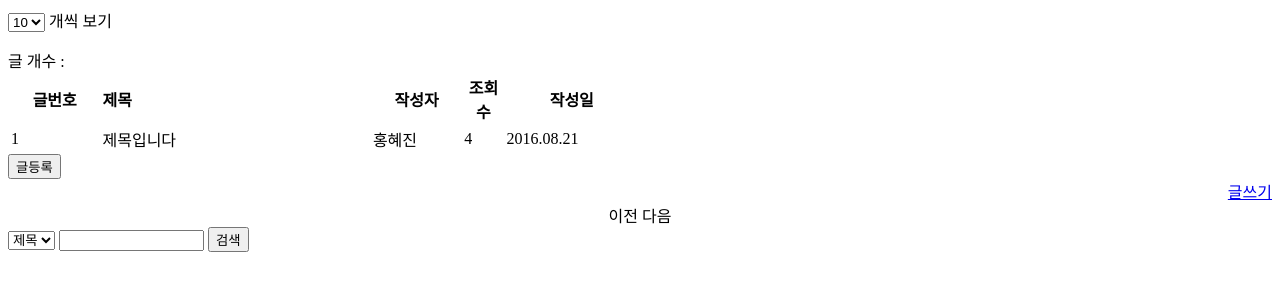
Repository: ekgus419/hckj
Page: http://localhost/Railro/WEB-INF/views/freeBoard/freeBoardSearchList.jsp
The author's editor kept a copy of each file at every save. The page is drawn from the files as they stood at one save, then again after the next save.
The browser window is 1280 px wide. The pictures show the whole page.
The page is served by Tomcat 9. Nobody is signed in. Other server files are loaded and not shown. The template is opened directly, without the code that normally fills it, so the values that code supplies are empty.

Above is the page before, as saved 2016-08-21 10:49:14.

### Railro/src/main/webapp/WEB-INF/views/freeBoard/freeBoardSearchList.jsp
<%@ page language="java" pageEncoding="UTF-8" trimDirectiveWhitespaces="true"%>

<div id="content">
	<div class="setting">
		<div class="limit-setting">
			<form action="" method="get">
				<select name="limit" onchange="limit_submit()">
					<option value="5">5</option>
					<option value="10" selected="selected">10</option>
					<option value="15">15</option>
					<option value="20">20</option>
				</select>
				개씩 보기
			</form>
		</div>
		<span>글 개수 :</span>
	</div>
		<table width="50%">
		  <tr>
		    <th width="5%">글번호</th>
		    <th width="15%" style="text-align: left">제목</th>
		    <th width="5%">작성자</th>
		    <th width="2%">조회수</th>
		    <th width="5%">작성일</th>
		  </tr>

		  <tr>
		  	<td>1</td>
		  	<td style="text-align: left">제목입니다</td>
		  	<td>홍혜진</td>
		  	<td>4</td>
		  	<td>2016.08.21</td>
		  </tr>

		</table>
		<div class="button1">
			<button class="button" onclick="location.href='freeBoardReg.htm'">글등록</button>
		</div>

		<div class="register-btn" align="right">
		<span><a href="javascript:void(0)" onclick="location.href='railroReg.htm'">글쓰기</a></span>
	</div>
	<div class="paging" align="center">
	이전&nbsp;다음
	</div>

	      <!-- 검색입력 폼 -->
		<form method= post action=''>
			<div class="search">
			  	<select name = src_name>
			        <option value=name>이름 </option>
			        <option value=subject selected>제목 </option>
					<option value=memo>내용 </option>
			    </select>
			  	<input type=text name = src_value size=15>
				<input type=submit value = 검색>
			</div>
		 </form>
</div>

After the next save:
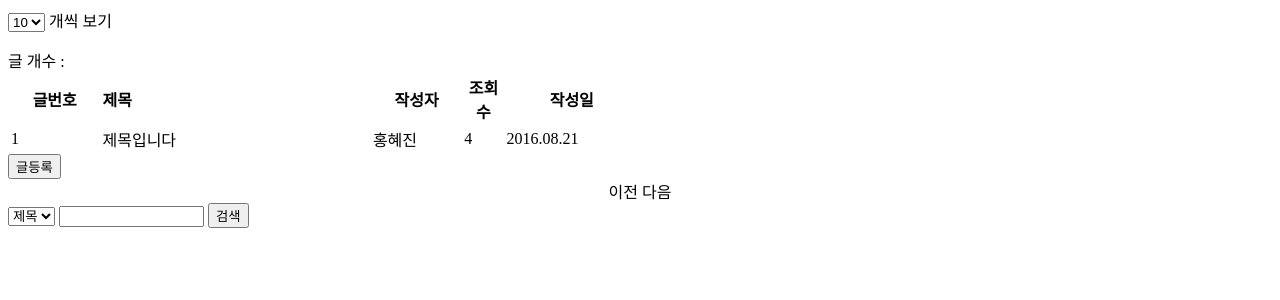
Saved 97 s later.
--- a/Railro/src/main/webapp/WEB-INF/views/freeBoard/freeBoardSearchList.jsp
+++ b/Railro/src/main/webapp/WEB-INF/views/freeBoard/freeBoardSearchList.jsp
@@ -37,9 +37,6 @@
 			<button class="button" onclick="location.href='freeBoardReg.htm'">글등록</button>
 		</div>
 
-		<div class="register-btn" align="right">
-		<span><a href="javascript:void(0)" onclick="location.href='railroReg.htm'">글쓰기</a></span>
-	</div>
 	<div class="paging" align="center">
 	이전&nbsp;다음
 	</div>
